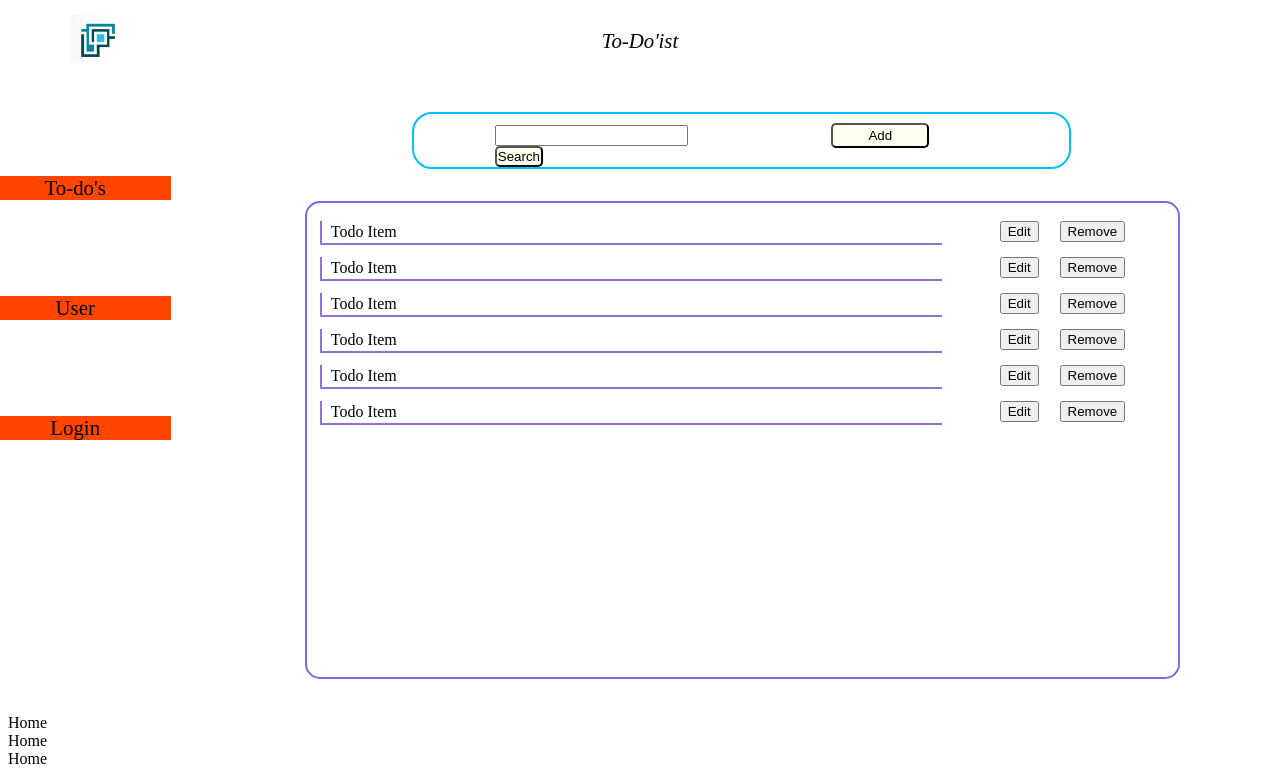
Repository: tavisca-pkadam/Todo-Website
Page: home.html
The author's editor kept a copy of each file at every save. The page is drawn from the files as they stood at one save, then again after the next save.
The browser window is 1280 px wide. The pictures show the whole page.

Above is the page before, as saved 2019-08-20 08:56:19.

After the next save:
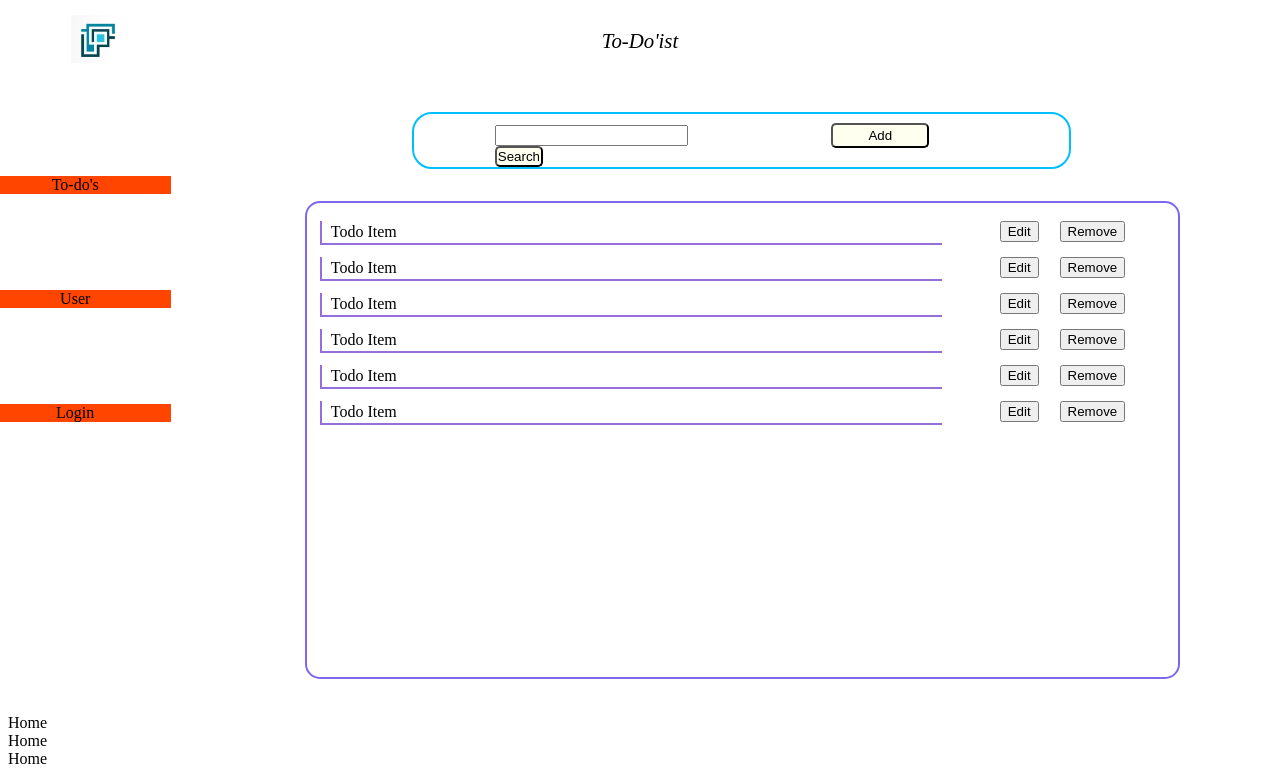
Saved 24 s later.
--- a/main.css
+++ b/main.css
@@ -39,6 +39,7 @@
     background-color: orangered;
     margin-top: 50%;
     font-size: 1.3rem
+    radius
 }
 
 

After the 5 saves that followed:
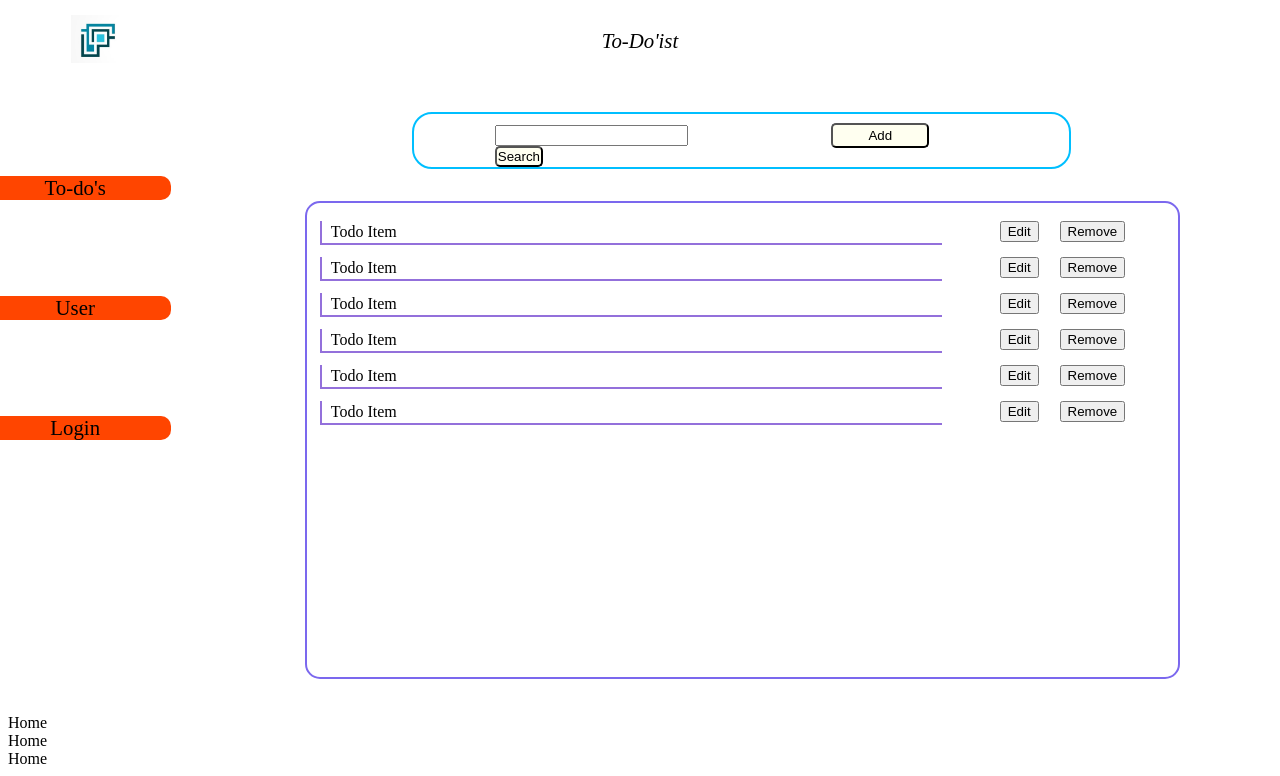
The 5 saves are shown as one change because they came seconds apart.
The last was saved 15 s later.
--- a/main.css
+++ b/main.css
@@ -38,8 +38,8 @@
     position: relative;
     background-color: orangered;
     margin-top: 50%;
-    font-size: 1.3rem
-    radius
+    font-size: 1.3rem;
+    border-radius: 10px;
 }
 
 
